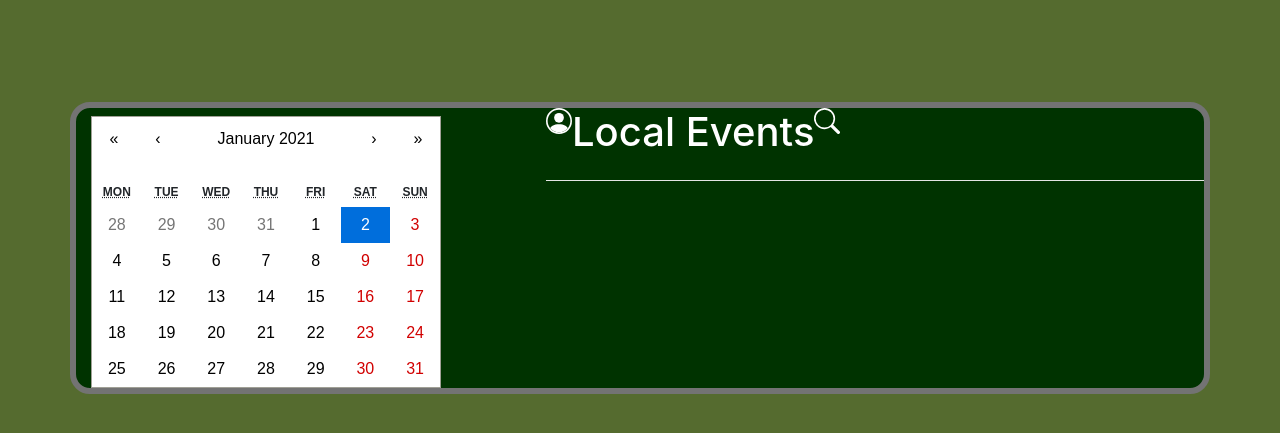
Repository: lalji-yadav/Calendar-code
Page: /
These files come from the project's save history. The page is drawn as it stood at one moment and after the next save; the edit follows.
The browser window is 1280 px wide. The pictures show the whole page.
The project was rebuilt for these pictures with package versions that can differ from the ones it lists, and the page was loaded fresh each time. Also part of the build but not shown: src/App.css.

Above is the page before, as saved 2021-01-03 13:48:35.

After the next save:
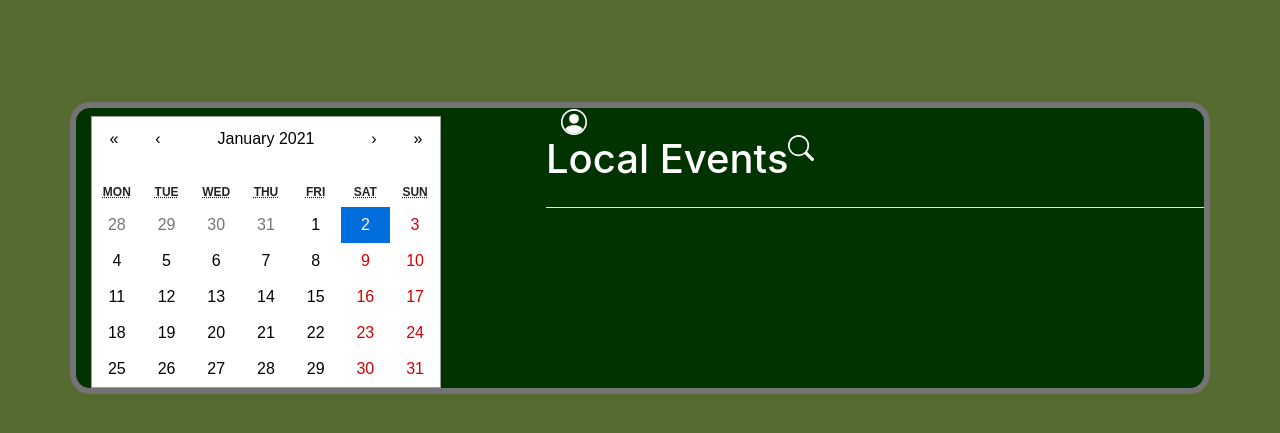
Saved 3 min 24 s later.
--- a/src/calendar/Home.js
+++ b/src/calendar/Home.js
@@ -12,14 +12,15 @@
              <MyApp />
           </div>
           <div className="col-sm-7">
-            <div className="row">
 
+            <div>
             <svg xmlns="http://www.w3.org/2000/svg" width="26" height="26" fill="white" class="bi bi-person-circle" viewBox="0 0 16 16">
             <path d="M13.468 12.37C12.758 11.226 11.195 10 8 10s-4.757 1.225-5.468 2.37A6.987 6.987 0 0 0 8 15a6.987 6.987 0 0 0 5.468-2.63z"/>
              <path fill-rule="evenodd" d="M8 9a3 3 0 1 0 0-6 3 3 0 0 0 0 6z"/>
              <path fill-rule="evenodd" d="M8 1a7 7 0 1 0 0 14A7 7 0 0 0 8 1zM0 8a8 8 0 1 1 16 0A8 8 0 0 1 0 8z"/>
             </svg>
-
+            </div>
+            <div className="row">
               <h1 style={{color:"white"}}>Local Events </h1>
                <svg xmlns="http://www.w3.org/2000/svg" width="26" height="26" fill="white" class="bi bi-search" viewBox="0 0 16 16">
                <path d="M11.742 10.344a6.5 6.5 0 1 0-1.397 1.398h-.001c.03.04.062.078.098.115l3.85 3.85a1 1 0 0 0 1.415-1.414l-3.85-3.85a1.007 1.007 0 0 0-.115-.1zM12 6.5a5.5 5.5 0 1 1-11 0 5.5 5.5 0 0 1 11 0z"/>
